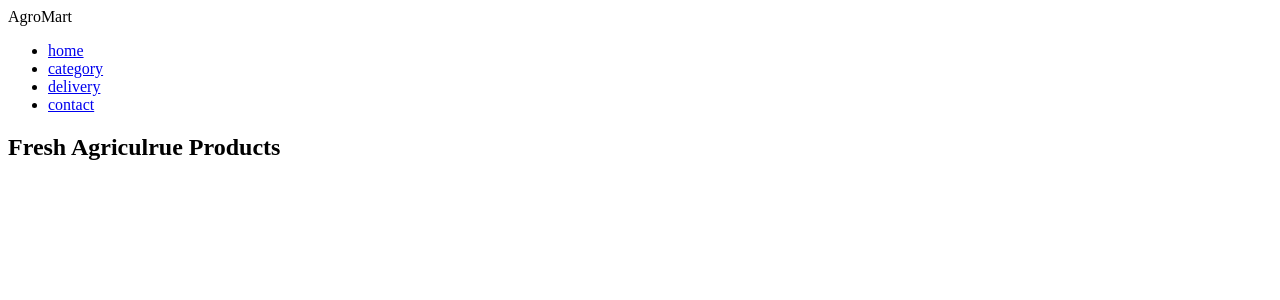
Repository: wingming07/Agro_mart
Page: index.html
The author's editor kept a copy of each file at every save. The page is drawn from the files as they stood at one save, then again after a run of saves.
The browser window is 1280 px wide. The pictures show the whole page.

Above is the page before, as saved 2025-06-09 13:33:03.

After the next 2 saves:
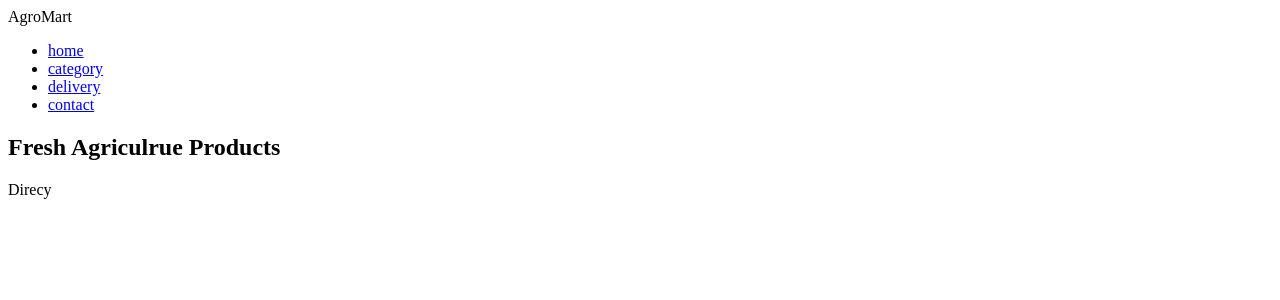
The 2 saves are shown as one change because they came seconds apart.
The last was saved 15 s later.
--- a/index.html
+++ b/index.html
@@ -18,8 +18,8 @@
         </nav>
     </header>
     <section id="home" class="hero">
-        <div class="heDirect ro-content">
+        <div class="hero-content">
             <h1>Fresh Agriculrue Products</h1>
-            <p>
+            <p>Direcy
 </body>
 </html>
